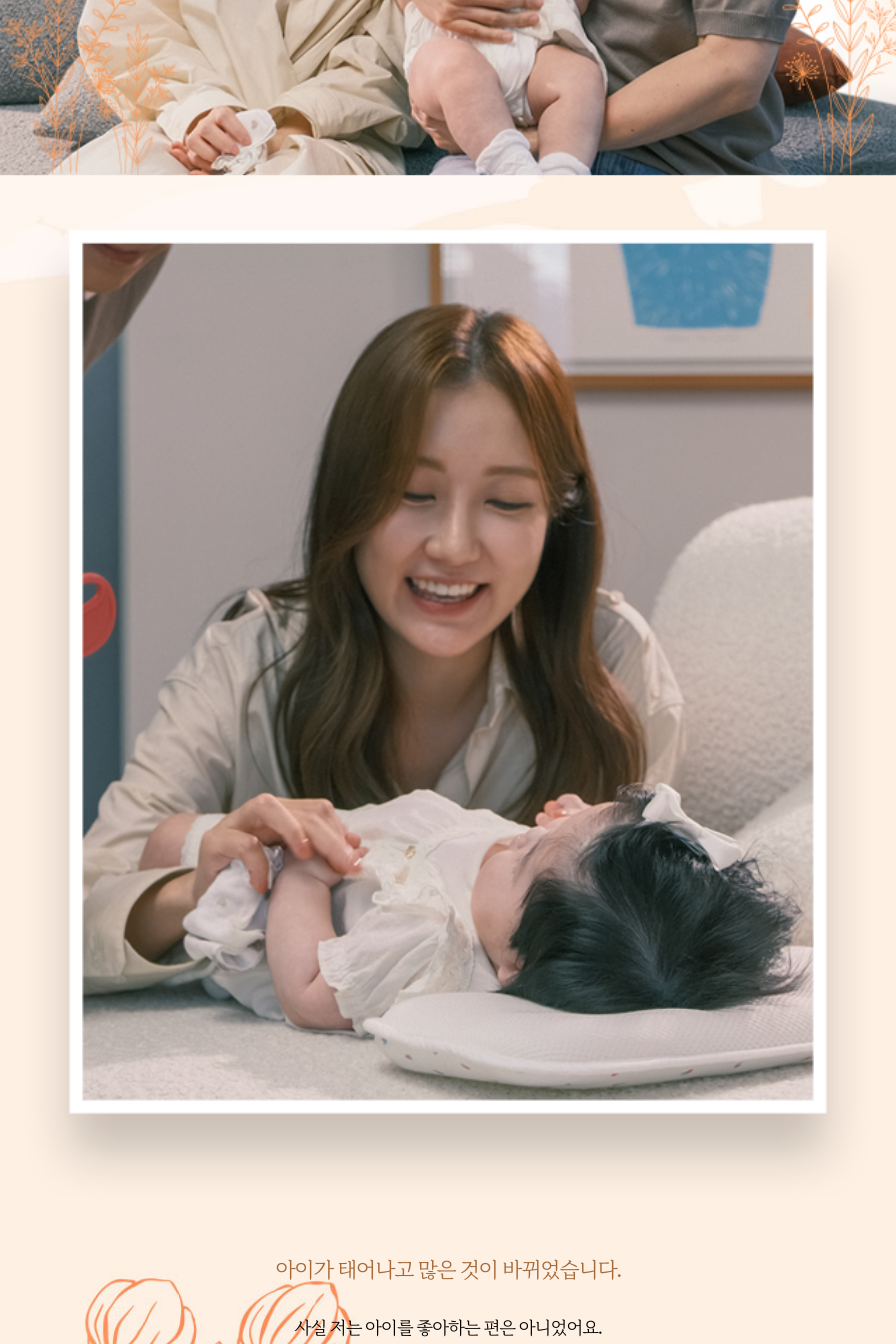
Repository: dlgywls1130/saveTheChildren_2024
Page: index.html
An editor plug-in stored every save of this project. The page is shown before and after the next save, followed by the edit.
The browser window is 1280 px wide. The pictures show the part of the page from y = 2646 to 4566 px (the page is 18215 px tall before and 18344 px after), at 70% of full size.
Some web fonts or font styles are not loaded; a fallback is used. The style sheet was rebuilt from its Sass, Less or Tailwind sources for each picture, by a compiler version that may differ from the author's.

Above is the page before, as saved 2024-11-03 21:28:21.

After the next save:
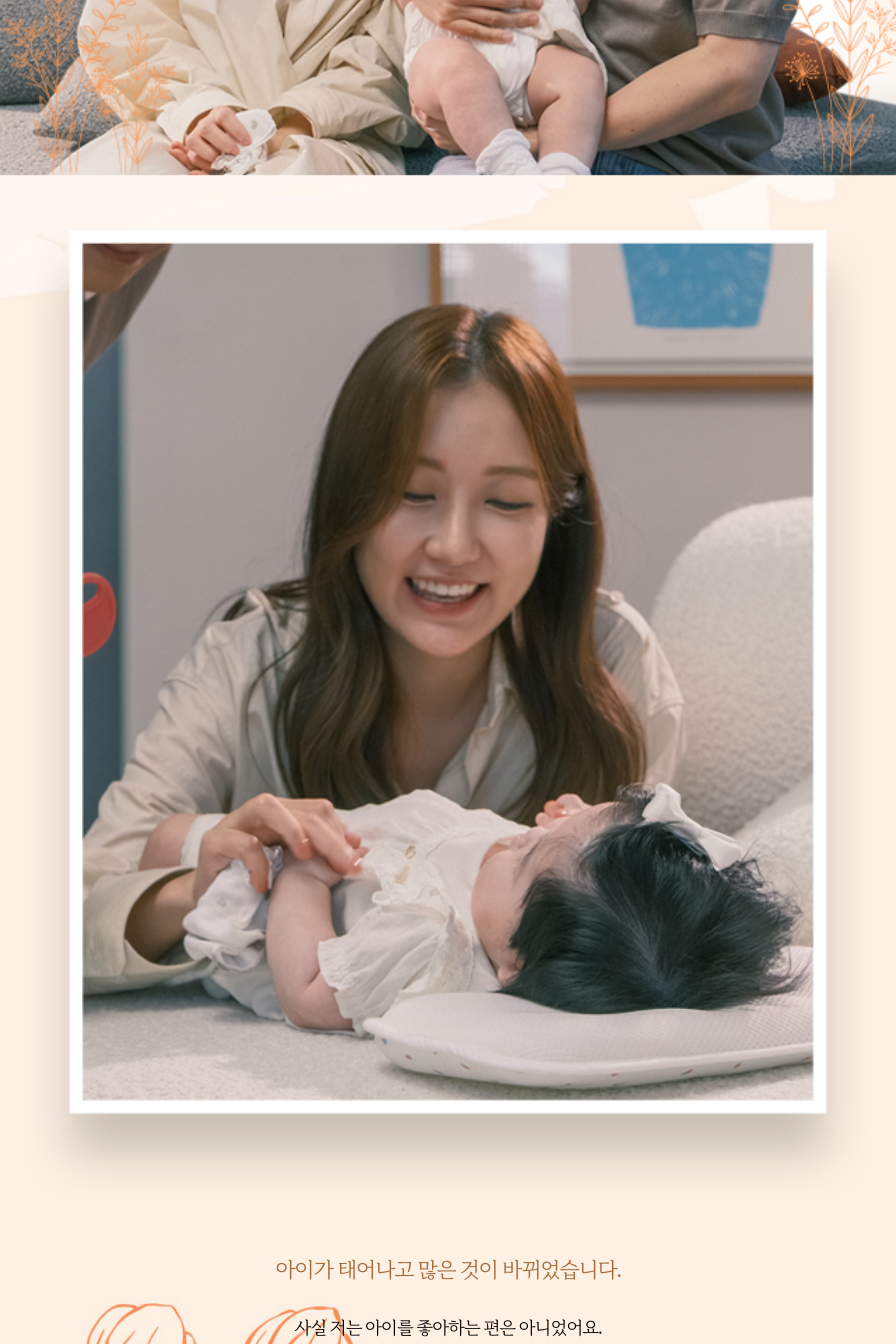
Saved 11 s later.
--- a/index.html
+++ b/index.html
@@ -243,14 +243,14 @@
                     </div>
 
 
-                    <a href="#" class="record_btn">
-                        <img src="/images/pencle.png" alt="pencle">
-                        <p>우리 아기 좋은 날 기록하기</p>
-                    </a>
-                </div>
-
-
-
+
+                </div>
+
+
+                <a href="#" class="record_btn">
+                    <img src="/images/pencle.png" alt="pencle">
+                    <p>우리 아기 좋은 날 기록하기</p>
+                </a>
             </div>
 
         </div>
